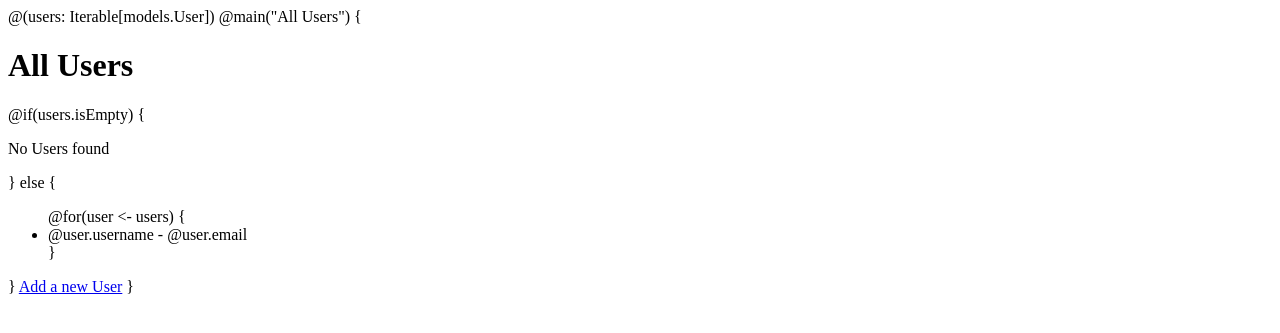
Repository: mlvhub/Learning
Page: Scala/Play!/UserAdmin/app/views/users/list.scala.html
These files come from the project's save history. The page is drawn as it stood at one moment and after the next save; the edit follows.
The browser window is 1280 px wide. The pictures show the whole page.

Above is the page before, as saved 2013-12-31 08:38:01.

After the next save:
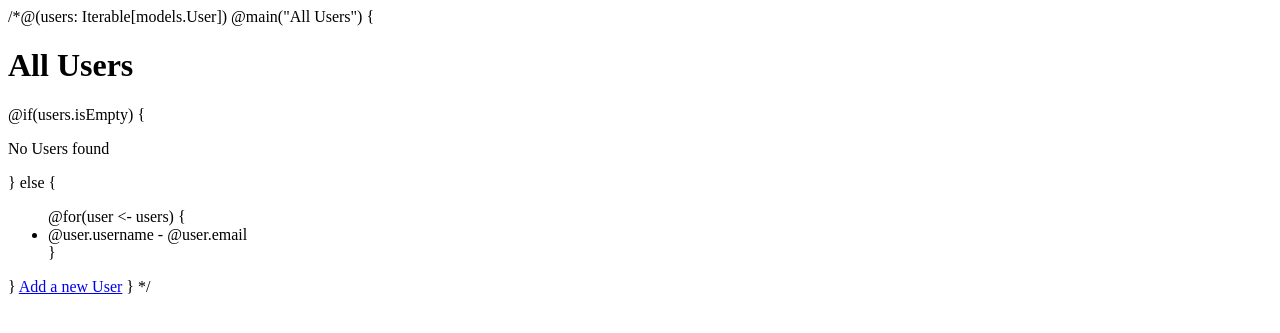
Saved 2 min 55 s later.
--- a/Scala/Play!/UserAdmin/app/views/users/list.scala.html
+++ b/Scala/Play!/UserAdmin/app/views/users/list.scala.html
@@ -1,4 +1,4 @@
-@(users: Iterable[models.User])
+/*@(users: Iterable[models.User])
 
 @main("All Users") {
   <h1>All Users</h1>
@@ -13,3 +13,4 @@
   }
   <a href="@routes.Users.add">Add a new User</a>
 }
+*/
